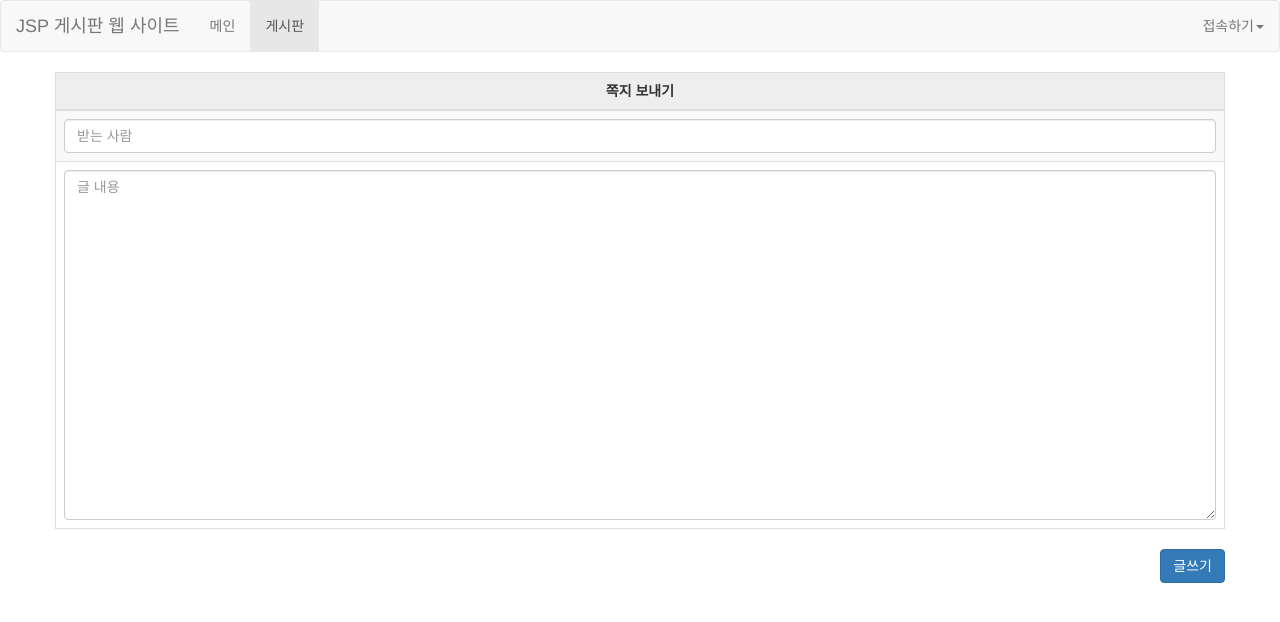
Repository: lihs3443/JSP-Board-System
Page: http://localhost/BBS/messageWrite.jsp
An editor plug-in stored every save of this project. The page is shown before and after the next save, followed by the edit.
The browser window is 1280 px wide. The pictures show the whole page.
Some web libraries are served in a nearby version. The page is served by Tomcat 9. Other server files are loaded and not shown.

Above is the page before, as saved 2022-11-20 08:32:45.

### BBS/WebContent/messageWrite.jsp
<%@ page language="java" contentType="text/html; charset=UTF-8"
    pageEncoding="UTF-8"%>
<%@ page import="java.io.PrintWriter" %>
<!DOCTYPE html>
<html>
<head>
<meta charset="UTF-8">
<meta name="viewport" content="width=device-width", initial-scale="1">
<link rel="stylesheet" href="css/bootstrap.css">
<title>JSP 게시판 웹 사이트</title>
</head>
<body>
	<%
		String userID = null;
		if(session.getAttribute("userID") != null){
			userID = (String)session.getAttribute("userID");
		}
	%>

	<nav class="navbar navbar-default"> <!-- 웹사이트 전반적인 구성 -->
		<div class="navbar-header"> <!-- 로고같은 것을 담는 영역 -->
			<!-- 화면이 작아졌을 때 버튼 생성 : 버튼 작대기 3개 -->
			<button type="button" class="navbar-toggle collapsed"
				data-toggle="collapse" data-target="#bs-example-navbar-collapse-1"
				aria-expended="false">
				<span class="icon-bar"></span>
				<span class="icon-bar"></span>
				<span class="icon-bar"></span>
				</button>
				<a class="navbar-brand" href="main.jsp">JSP 게시판 웹 사이트</a>
		</div>
		<div class="collapse navbar-collapse" id="bs-example-navbar-collapse-1"><!-- 버튼 데이터 타겟으랑 같은 것으로 입력 -->
			<ul class="nav navbar-nav"> <!-- 리스트 -->
				<li><a href="main.jsp">메인</a></li>
				<li class="active"><a href="bbs.jsp">게시판</a></li>
			</ul>
			<%
				if(userID == null){
			%>
			<ul class="nav navbar-nav navbar-right">
				<li class="dropdown">
					<a href="#" class="dropdown-toggle"
						data-toggle="dropdown" role="button" aria-haspopup="true"
						aria-expanded="false">접속하기<span class="caret"></span></a>
					<ul class="dropdown-menu">
						<li><a href="login.jsp">로그인</a></li>
						<li><a href="join.jsp">회원가입</a></li>
					</ul>
				</li>
			</ul>
			<%
				}
				else {
			%>
			<ul class="nav navbar-nav navbar-right">
				<li class="dropdown">
					<a href="#" class="dropdown-toggle"
						data-toggle="dropdown" role="button" aria-haspopup="true"
						aria-expanded="false">회원관리<span class="caret"></span></a>
					<ul class="dropdown-menu">
						<li><a href="commentList.jsp">내 댓글보기</a>
					<%
					if(userID.equals("admin")){
					%>
						<li><a href="admin.jsp">관리하기</a>
					<%
					}
					%>
						<li><a href="logoutAction.jsp">로그아웃</a></li>
					</ul>
				</li>
			</ul>
			<%
				}
			%>
		</div>
	</nav>
	<div class="container">
		<div class="row">
			<form method="post" action="messageWriteAction.jsp">
				<table class="table table-striped" style="text-align: center; border: 1px solid #dddddd">
					<thead>
						<tr>
							<th colspan="2" style="background-color: #eeeeee; text-align: center;">쪽지 보내기</th>
						</tr>
					</thead>
					<tbody>
						<tr>
							<td><input type="text" class="form-control" placeholder="받는 사람" name="userID" maxlength="20"></td>
						</tr>
						<tr>
							<td><textarea class="form-control" placeholder="글 내용" name="messageContent" maxlength="1024" style="height: 350px;"></textarea></td>
						</tr>
					</tbody>
				</table>
				<input type="submit" class="btn btn-primary pull-right" value="글쓰기">
			</form>
		</div>
	</div>
	<script src="http://code.jquery.com/jquery-3.1.1.min.js"></script>
	<script src="js/bootstrap.js"></script>
</body>
</html>

Loaded but not shown: BBS/WebContent/css/bootstrap.css (library); BBS/WebContent/js/bootstrap.js (library)

After the next save:
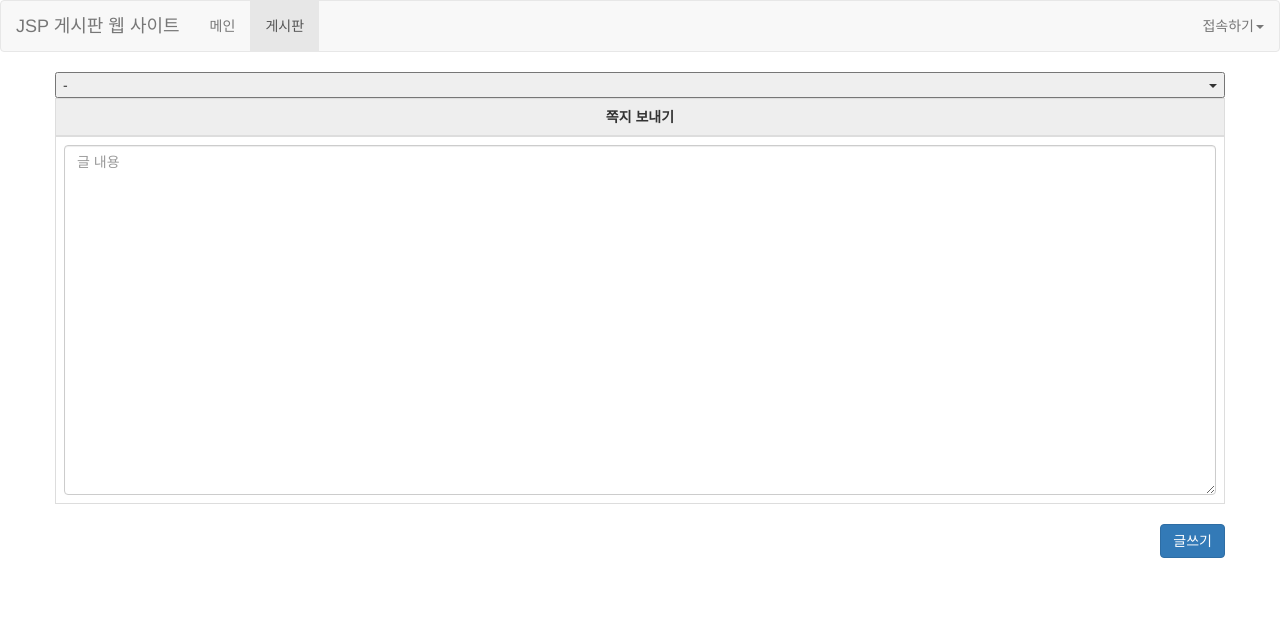
Saved 6 min 41 s later.
--- a/BBS/WebContent/messageWrite.jsp
+++ b/BBS/WebContent/messageWrite.jsp
@@ -86,7 +86,18 @@
 					</thead>
 					<tbody>
 						<tr>
-							<td><input type="text" class="form-control" placeholder="받는 사람" name="userID" maxlength="20"></td>
+							<script>
+								function showApproval(v){
+								document.getElementById("message-userName").innerText = v;
+							}
+							</script>
+							<span class="dropdown">
+								<button class="dropdown-toggle" data-toggle="dropdown" role="button" aria-haspopup="true" aria-expanded="false" style="width: 100%; text-align: right;"><div id=message-userName style="display: inline-block; float: left;">-</div><span class="caret"></span></button>
+								<ul class="dropdown-menu">
+									<li><a class="report-content-item" onclick="showApproval(this.innerText)">처리</a></li>
+									<li><a class="report-content-item" onclick="showApproval(this.innerText)">미처리</a></li>
+								</ul>
+							</span>
 						</tr>
 						<tr>
 							<td><textarea class="form-control" placeholder="글 내용" name="messageContent" maxlength="1024" style="height: 350px;"></textarea></td>
